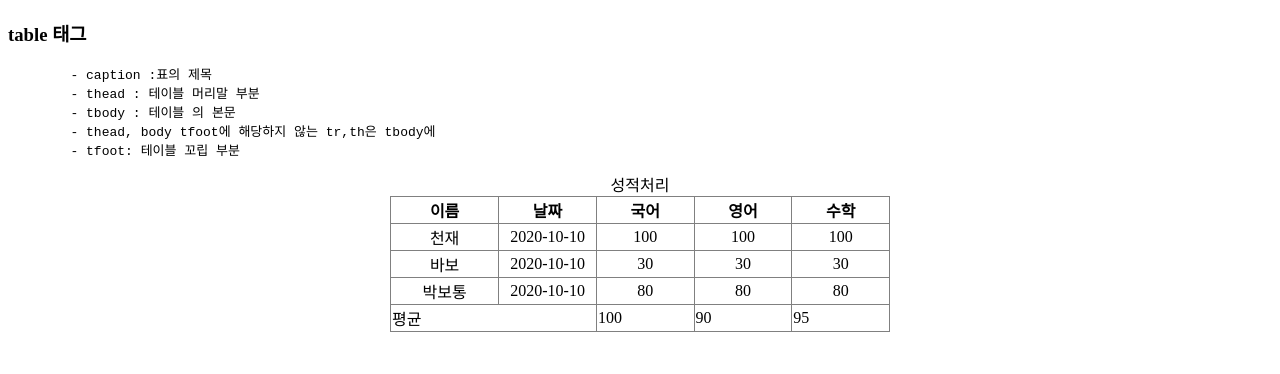
Repository: marudaga/html-css-lecture
Page: work/study/src/main/webapp/htmlEx/ch04/ex03.html
The author's editor kept a copy of each file at every save. The page is drawn from the files as they stood at one save, then again after the next save.
The browser window is 1280 px wide. The pictures show the whole page.

Above is the page before, as saved 2022-09-07 05:12:31.

### work/study/src/main/webapp/htmlEx/ch04/ex03.html
<!DOCTYPE html>
<html>
<head>
<meta charset="UTF-8">
<title>Insert title here</title>
</head>
<body>
	<h3>table 태그</h3>

	<pre>
	- caption :표의 제목
	- thead : 테이블 머리말 부분
	- tbody : 테이블 의 본문
	- thead, body tfoot에 해당하지 않는 tr,th은 tbody에
	- tfoot: 테이블 꼬립 부분
</pre>
	<table border="1"
		style="width: 500px; margin: 10px auto; border-collapse: collapse;">
		<caption>성적처리</caption>
		<thead>
			<tr>
				<th width="100">이름</th>
				<th width="90">날짜</th>
				<th width="90">국어</th>
				<th width="90">영어</th>
				<th width="90">수학</th>
			</tr>
		</thead>
		<tbody>
			<tr align="center">
				<td>천재</td>
				<td>2020-10-10</td>
				<td>100</td>
				<td>100</td>
				<td>100</td>
			</tr>
			<tr align="center">
				<td>바보</td>
				<td>2020-10-10</td>
				<td>30</td>
				<td>30</td>
				<td>30</td>
			</tr>
			<tr align="center">
				<td>박보통</td>
				<td>2020-10-10</td>
				<td>80</td>
				<td>80</td>
				<td>80</td>
			</tr>

		</tbody>
		<tfoot>
			<tr>
			<td colspan="2">평균</td>
			<td>100</td>
			<td>90</td>
			<td>95</td>
		</tfoot>
	</table>

</body>
</html>

After the next save:
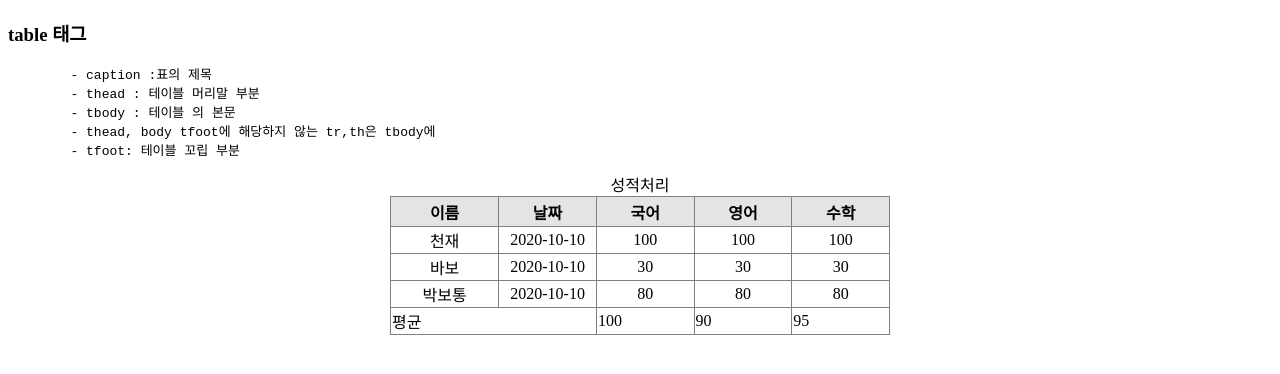
Saved 48 s later.
--- a/work/study/src/main/webapp/htmlEx/ch04/ex03.html
+++ b/work/study/src/main/webapp/htmlEx/ch04/ex03.html
@@ -18,7 +18,7 @@
 		style="width: 500px; margin: 10px auto; border-collapse: collapse;">
 		<caption>성적처리</caption>
 		<thead>
-			<tr>
+			<tr height="30" bgcolor="#e4e4e4">
 				<th width="100">이름</th>
 				<th width="90">날짜</th>
 				<th width="90">국어</th>
